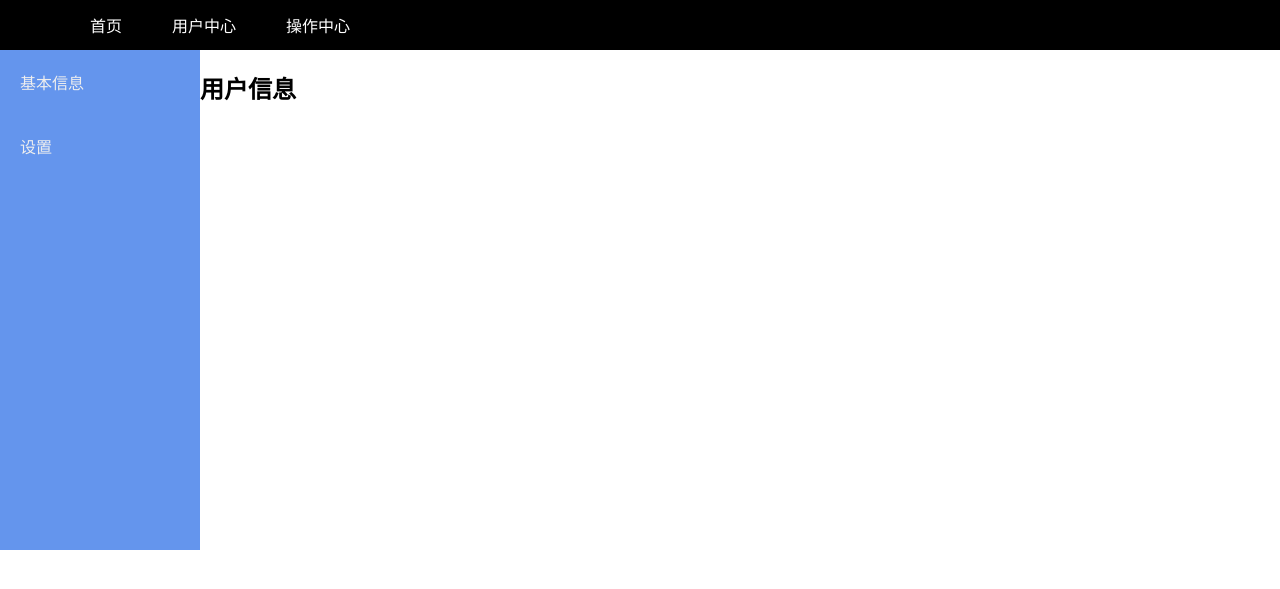
Repository: zhenzhen-gong/react-learning
Page: /user/info
An editor plug-in stored every save of this project. The page is shown before and after the next save, followed by the edit.
The browser window is 1280 px wide. The pictures show the whole page.
The project was rebuilt for these pictures with package versions that can differ from the ones it lists, and the page was loaded fresh each time. Also part of the build but not shown: src/component/qianTaoRouter/home.js, src/component/qianTaoRouter/user/set.js, src/component/qianTaoRouter/handleCenter.js.

Above is the page before, as saved 2021-04-18 23:55:07.

### src/index.js
import React from 'react';
import ReactDOM from 'react-dom';
import {
  BrowserRouter as Router,
  Route,
  Link
} from "react-router-dom";

import './index.css';
import './index.less'
import Home from './component/qianTaoRouter/home';
import UserCenter from './component/qianTaoRouter/userCenter';
import HandleCenter from './component/qianTaoRouter/handleCenter';
// import NewsContent from './component/routerTest/newsContent'
// import MenuContent from './component/routerTest/menuContent'
// import Login from './component/routerTest/login'
import reportWebVitals from './reportWebVitals';

ReactDOM.render(
  <Router>
    <ul className="tab-box">
          <li>
            <Link to="/">首页</Link>
          </li>
          <li>
            <Link to="/user">用户中心</Link>
          </li>
          <li>
            <Link to="/handle">操作中心</Link>
          </li>
    </ul>
    {/*
     <Route path='/'> <Home /> </Route>
    <Route path='/news'> <News /> </Route>
    <Route path='/memu'>  <Memu /> </Route>
     */}
     {/*exact 为严格匹配*/}
     <Route exact  path='/' component={Home} />
    <Route path='/user' component={UserCenter} />
    <Route path='/handle' component={HandleCenter} />

    {/*<Route path='/content/:aid' component={NewsContent} />
    <Route path='/menucontent' component={MenuContent} />
    <Route path='/login' component={Login} /> */}
  </Router>,
  document.getElementById('root')
);

// If you want to start measuring performance in your app, pass a function
// to log results (for example: reportWebVitals(console.log))
// or send to an analytics endpoint. Learn more: https://bit.ly/CRA-vitals
reportWebVitals();

### src/index.less
.tab-box {
    margin: 0;
    display: flex;
    height: 50px;
    align-items: center;
    background-color: black;
    li {
        list-style: none;
        margin-left: 50px;
        a {
            color: #fff;
            text-decoration:none;
        }
    }
  }
  .user-center {
      display: flex;
      height: 500px;
      .left {
          padding: 20px;
          width: 160px;
          background-color: cornflowerblue;
          a {
            color: #eee;
            text-decoration:none;
            display: block;
            margin-bottom: 40px;
          }
      }
  }

### src/component/qianTaoRouter/userCenter.js
import React, {Component} from 'react'
import {Route, Link} from 'react-router-dom'

import UserInfo from './user/info'
import SetInfo from './user/set'



class UserCenter extends Component {
    constructor(props) {
        super(props)
        this.state = {
            msg: "用户中心"
        }
    }



    render() {
        return (
            <div className="user-center">
                <div className='left'>
                    <Link to='/user/info'>基本信息</Link>
                    <Link to='/user/set'>设置</Link>
                </div>
                <div className='right'>
                    <Route path='/user/info' component={UserInfo} />
                    <Route path='/user/set' component={SetInfo} />
                </div>


            </div>
        )
    }
}


export default UserCenter

### src/component/qianTaoRouter/user/info.js
import React, {Component} from 'react'



class UserInfo extends Component {
    constructor(props) {
        super(props)
        this.state = {
            msg: "用户信息"
        }
    }



    render() {
        return (
            <div>
                <h2>{this.state.msg}</h2>
            </div>
        )
    }
}


export default UserInfo;

Loaded but not shown: public/index.html (common file); src/index.css (common file); src/reportWebVitals.js (common file)

After the next save:
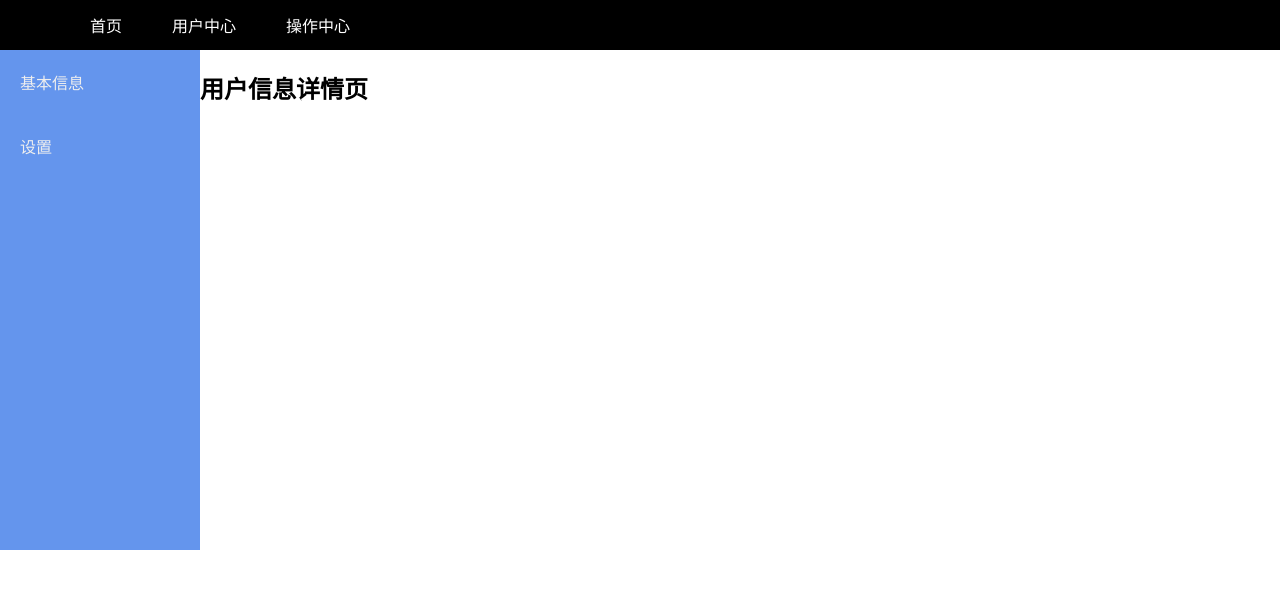
Saved 53 s later.
--- a/src/component/qianTaoRouter/user/info.js
+++ b/src/component/qianTaoRouter/user/info.js
@@ -15,7 +15,7 @@ class UserInfo extends Component {
     render() {
         return (
             <div>
-                <h2>{this.state.msg}</h2>
+                <h2>{this.state.msg}详情页</h2>
             </div>
         )
     }
